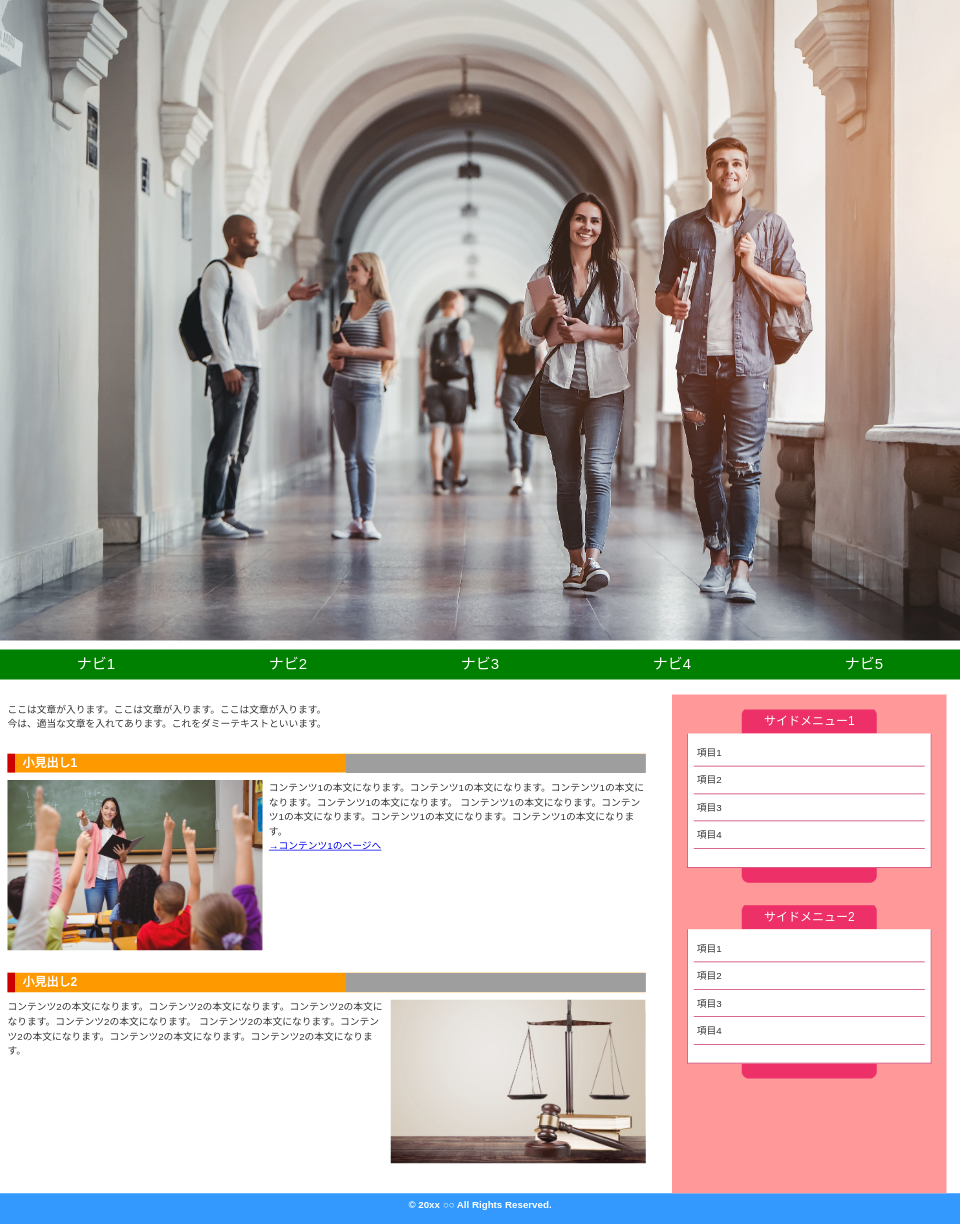
Repository: sadayuki15/sumurai_HTML_CSS
Page: home.html
The author's editor kept a record of every edit. The page is drawn from the files as they stood at one moment, then again after the next edit.
The browser window is 1280 px wide. The pictures show the whole page, at 75% of full size.
Pictures or frames that could not be fetched are drawn as grey boxes.

Above is the page before.

### home.html
<!DOCTYPE html>
<html lang="ja">
    <head>
        <meta charset="UTF-8">
        <title>HTML/CSSの学習</title>
        <link rel="stylesheet" href="stylesheet.css">
    </head>
    <body>
        <div id="header">
            <h1><a href="index.html"><img id="corridor" src="images/corridor.jpg" alt="大学の廊下" /></a></h1>
        </div>
        <div id="wrapper">
            <div id="nav">
                <ul>
                    <li><a href="home.html">ナビ1</a></li>
                    <li><a href="#">ナビ2</a></li>
                    <li><a href="#">ナビ3</a></li>
                    <li><a href="#">ナビ4</a></li>
                    <li><a href="#">ナビ5</a></li>
                </ul>
            </div>
            <div id="container">
                <div id="main">
                    <div class="post">
                        <p>ここは文章が入ります。ここは文章が入ります。ここは文章が入ります。<br />今は、適当な文章を入れてあります。これをダミーテキストといいます。</p>
                    </div>
                    <div class="post clearfix">
                        <h2>小見出し1</h2>
                        <img class="left" src="images/classroom.jpg" alt="授業風景" />
                        <p>
                            コンテンツ1の本文になります。コンテンツ1の本文になります。コンテンツ1の本文になります。コンテンツ1の本文になります。
                            コンテンツ1の本文になります。コンテンツ1の本文になります。コンテンツ1の本文になります。コンテンツ1の本文になります。
                        </p>
                        <p><a href="#">→コンテンツ1のページへ</a></p>
                    </div>
                    <div class="post clearfix">
                        <h2>小見出し2</h2>
                        <img class="right" src="images/scale.jpg" alt="天秤" />
                        <p>
                            コンテンツ2の本文になります。コンテンツ2の本文になります。コンテンツ2の本文になります。コンテンツ2の本文になります。
                            コンテンツ2の本文になります。コンテンツ2の本文になります。コンテンツ2の本文になります。コンテンツ2の本文になります。
                        </p>
                    </div>
                </div>
                <div id="side">
                    <div class="box">
                        <h2>サイドメニュー1</h2>
                        <div class="boxBody">
                            <ul>
                                <li>項目1</li>
                                <li>項目2</li>
                                <li>項目3</li>
                                <li>項目4</li>
                            </ul>
                        </div>
                    </div>
                    <div class="box">
                        <h2>サイドメニュー2</h2>
                        <div class="boxBody">
                            <ul>
                                <li>項目1</li>
                                <li>項目2</li>
                                <li>項目3</li>
                                <li>項目4</li>
                            </ul>
                        </div>
                    </div>
                </div>
            </div>
        </div>
        <div id="footer">
            <p>&copy; 20xx ○○ All Rights Reserved.</p>
        </div>
    </body>
</html>

### stylesheet.css
@charset "utf-8";

body {
	margin: 0;
	padding: 0;
	font-family: "ヒラギノ角ゴ Pro W3", "Hiragino Kaku Gothic Pro", "メイリオ", Meiryo, Osaka, "ＭＳ Ｐゴシック", "MS PGothic", sans-serif;
	color: #333;
	font-size: 13px;
	line-height: 150%;
}

/* -------------------- wrapper -------------------- */
#wrapper {
	width: 100%;
	margin: auto;
	padding: 0px;
	border: 0px;
	background-color: #FFF;
	top: 10px;
	position: relative;
}

/* -------------------- header -------------------- */
#header {
	width: 100%;
}
#header h1 {
	margin: 0;
	padding: 0;
}

#corridor {
	width: 100%;
	height: auto;
}

/* -------------------- footer -------------------- */
#footer {
	clear: both;
	width: 100%;
	padding: 3px 0 3px 0;
	background: #39F;
	color: #FFF;
	font-weight: bold;
	text-align: center;
}

/* -------------------- nav -------------------- */
#nav {
	width: 100%;
}
#nav ul {
	display: flex;
	margin: 0;
	padding: 0;
	list-style-type: none;
}
#nav ul li {
	width: 20%;
	text-align: center;
}
#nav ul li a {
	display: block;
	height: 20px;
	margin: 0;
	padding: 10px;
	color: #FFF;
	font-size: 20px;
	text-decoration: none;
	background-color: green;
}
#nav ul li :hover {
		filter: drop-shadow(10px 10px 10px black);
}

/* -------------------- container -------------------- */
#container {
	width: 100%;
	margin: auto ;
	padding: auto;
	padding-top: 20px;
	clear: both;
	display: grid;
	grid-template-columns: 70vw 30vw;
}
/* -------------------- main -------------------- */
#main {
	width: 95%;
	padding: 10px 30px 10px 10px;
}
#main h2 {
	margin: 0 0 10px 0;
	padding: 3px 10px 3px 10px;
	color: #FFF;
	font-size: 16px;
	border-left: solid 10px #C00;
	background: #F90 url(../images/main_h2.jpg) right top repeat-y;
}
#main p {
	margin: 0;
	padding: 0;
}
#main .post {
	margin: 0 0 30px 0;
}

#main .post img.right {
	margin: 0 0 0 8px;
}
#main .post img.left {
	margin: 0 8px 0 0;
}

.right {
	float: right;
	width: 40%;
	height: auto;
}
.left {
	float: left;
	width: 40%;
	height: auto;
}

/* -------------------- clearfix -------------------- */
.clearfix {
	zoom: 1;
}
.clearfix:after{
	content: "";
	display: block;
	clear: both;
}

  /* -------------------- side -------------------- */
  #side {
  	 width: 85%;
 	 padding: 20px;
 	 background-color: #F99;
  }
  #side .box {
 	 margin: 0 auto 30px auto;
 	 padding: 0 0 20px 0;
 	 background: url(images/side_box.png) bottom no-repeat;
  }
  #side .box h2 {
 	 margin: 0;
 	 padding: 8px;
 	 text-align: center;
 	 color: #fff;
 	 font-size: 16px;
 	 line-height: 16px;
 	 font-weight: normal;
 	 background: url(images/side_box_h2.png) center no-repeat;
  }
  #side .box .boxBody {
 	 padding: 8px;
 	 border-right: solid 1px #C36;
 	 border-bottom: solid 1px #C36;
 	 border-left: solid 1px #C36;
 	 background: #fff;
  }
  #side .box .boxBody ul {
 	 margin: 0 0 16px 0;
 	 padding: 0;
  }
  #side .box .boxBody ul li {
 	 padding: 8px 0 8px 4px;
 	 list-style: none;
 	 border-bottom: solid 1px #C36;
  }
  #side .box .boxBody ul li:hover {
  		padding: 8px 0 8px 4px;
  		list-style: none;
  		border-bottom: solid 1px #C36;
  		box-shadow: 0px 4px 4px rgba(0, 0, 0, 0.3);
  }

After the next edit:
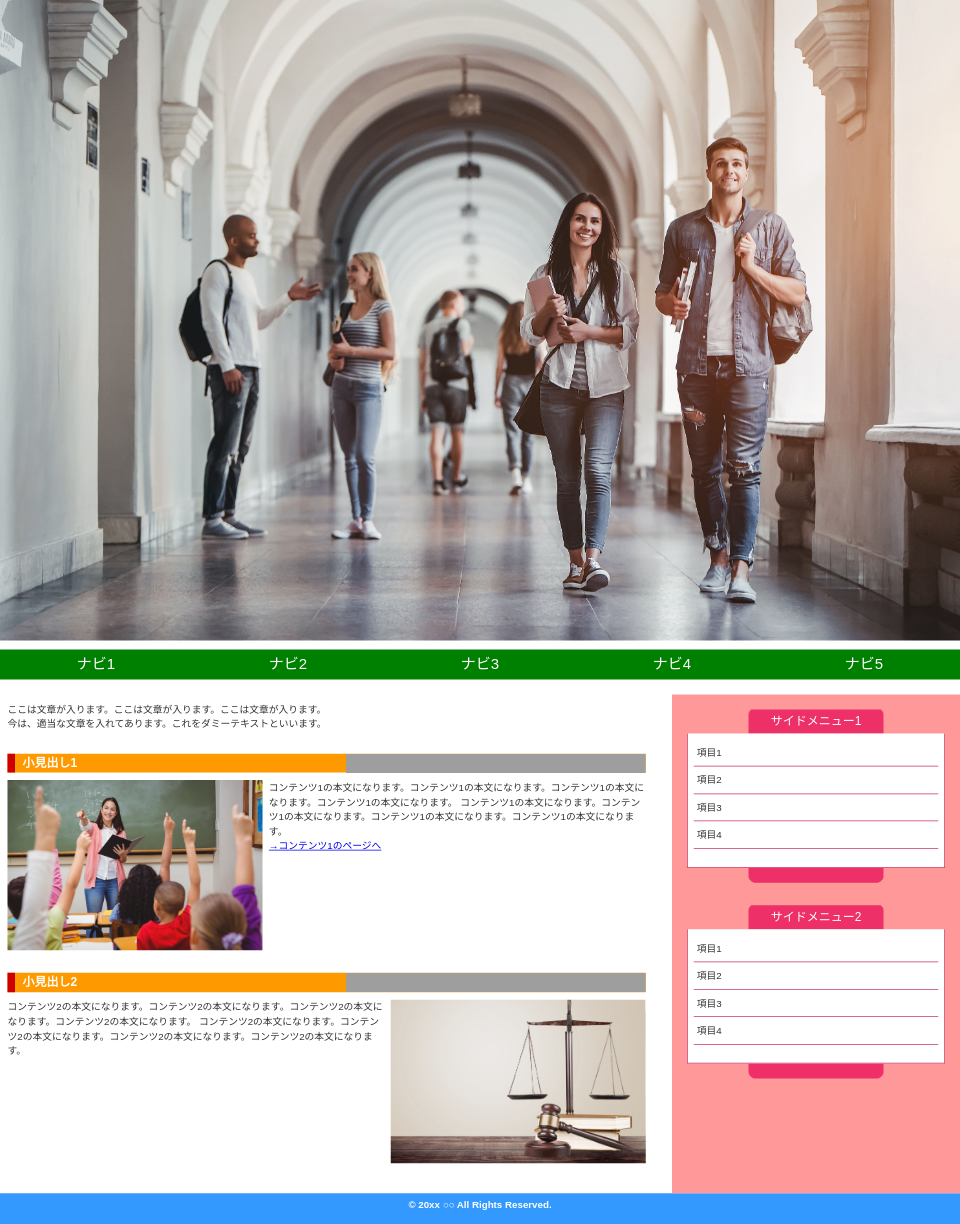
The edit:
--- a/stylesheet.css
+++ b/stylesheet.css
@@ -134,7 +134,7 @@
 
   /* -------------------- side -------------------- */
   #side {
-  	 width: 85%;
+  	 widthggi: 85%;
  	 padding: 20px;
  	 background-color: #F99;
   }
